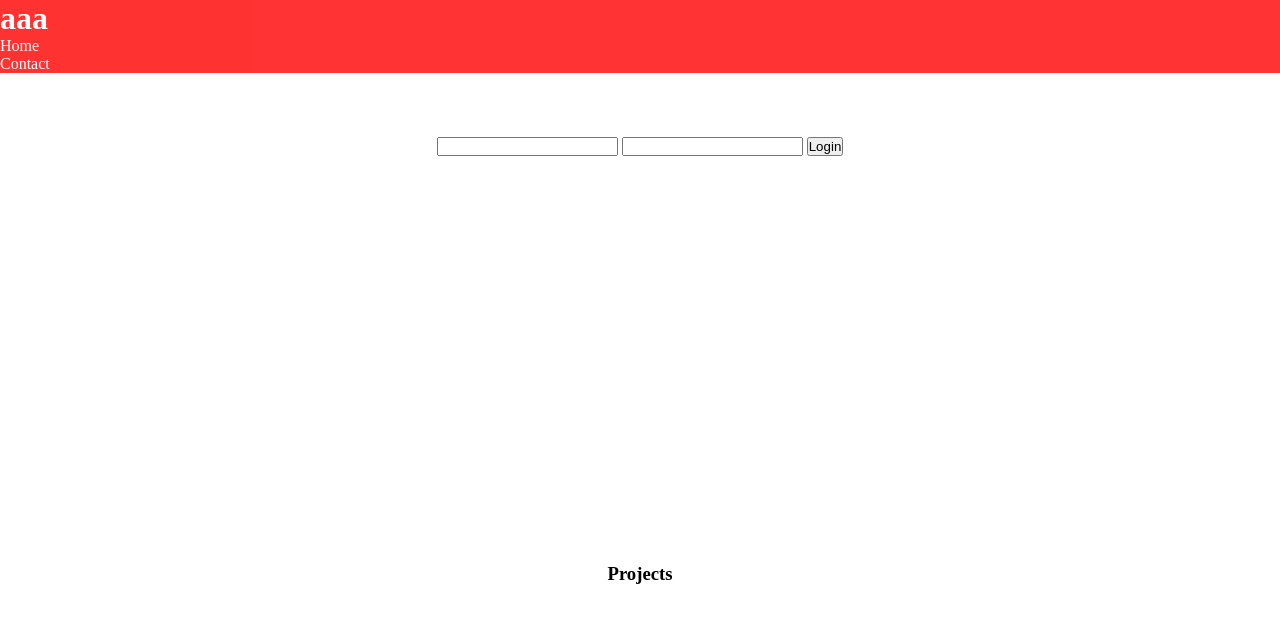
Repository: haakanerol/haakanerol
Page: Js.ass1/index.html
These files come from the project's save history. The page is drawn as it stood at one moment and after the next save; the edit follows.
The browser window is 1280 px wide. The pictures show the whole page.

Above is the page before, as saved 2024-02-25 15:52:52.

### Js.ass1/index.html
<!DOCTYPE html>
<html lang="en">
<head>
    <meta charset="UTF-8">
    <meta name="viewport" content="width=device-width, initial-scale=1.0">
    <title>Document</title>
    <style>
        * {
            margin: 0;
            padding: 0;
            box-sizing: border-box;
        }
        main {
            display: flex;
            flex-direction: column;
            justify-content: space-between;
            align-items: center;
            height: 80vh;
            padding: 4rem;
        }
    </style>
</head>
<body>
    <header class="header">
        <h1 id="title">aaa</h1>
        <nav>
            <ul class="nav-item">
                <li id="home">Home</li>
                <li>Contact</li>
            </ul>
        </nav>
    </header>
    <main>
        <section>
            <input type="text" id="username">
            <input type="password" id="password">
            <button class="btn">Login</button>
        </section>
        <section id="projects">
            <h3>Projects</h3>
            <ul>
            </ul>
        </section>
    </main>
    <script src="app.js"></script>
</body>
</html>

### Js.ass1/app.js
newHeader = document.querySelector(".header")
console.log(newHeader);
newHeader.style.backgroundColor = "red"
newHeader.style.opacity = "0.8"
newHeader.style.color = "white"
newHeader.style.textAlign

After the next save:
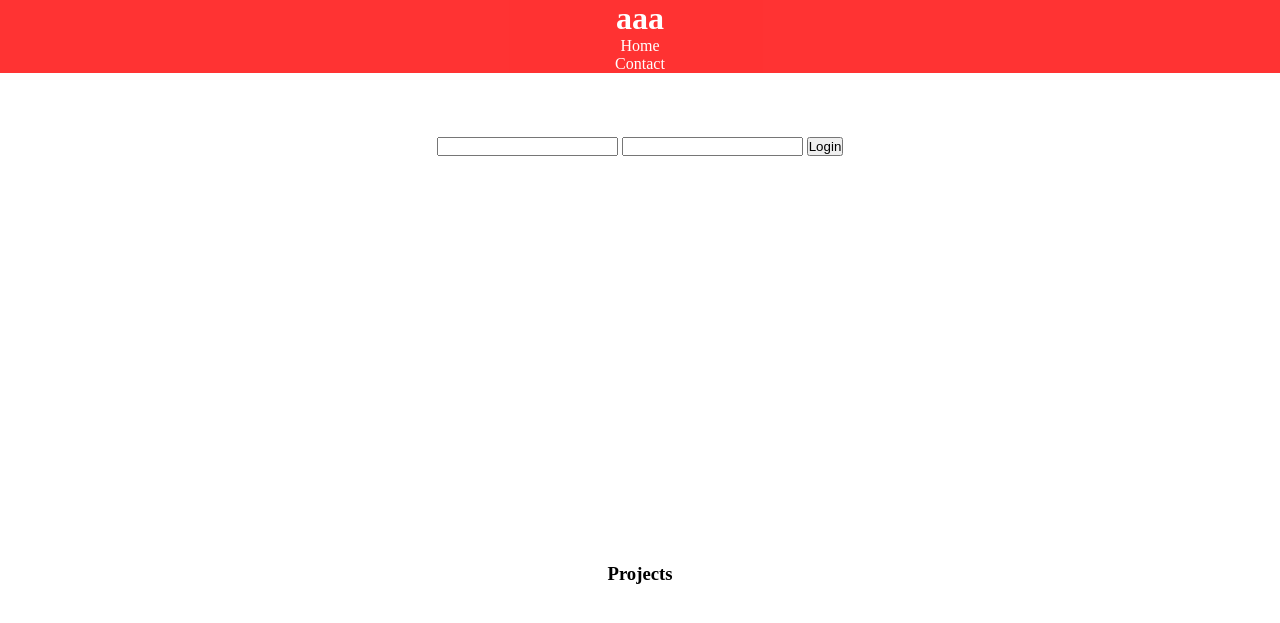
Saved 6 s later.
--- a/Js.ass1/app.js
+++ b/Js.ass1/app.js
@@ -3,4 +3,4 @@ console.log(newHeader);
 newHeader.style.backgroundColor = "red"
 newHeader.style.opacity = "0.8"
 newHeader.style.color = "white"
-newHeader.style.textAlign
+newHeader.style.textAlign = "center"
